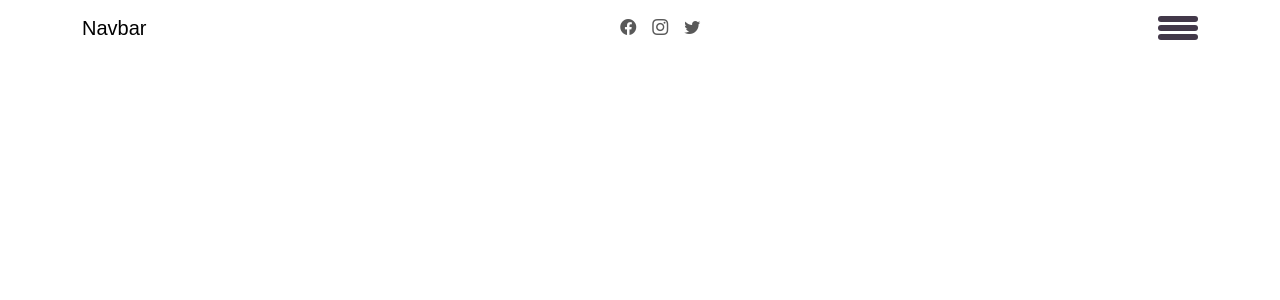
Repository: tagnam/project27012025
Page: index.html
An editor plug-in stored every save of this project. The page is shown before and after a run of saves, followed by the edit.
The browser window is 1280 px wide. The pictures show the whole page.

Above is the page before, as saved 2025-01-27 13:47:17.

### index.html
<!DOCTYPE html>
<html lang="en">
<head>
    <meta charset="UTF-8">
    <meta name="viewport" content="width=device-width, initial-scale=1.0">
    <link href="https://cdn.jsdelivr.net/npm/bootstrap@5.3.3/dist/css/bootstrap.min.css" rel="stylesheet" integrity="sha384-QWTKZyjpPEjISv5WaRU9OFeRpok6YctnYmDr5pNlyT2bRjXh0JMhjY6hW+ALEwIH" crossorigin="anonymous">
    <link rel="stylesheet" href="style/css/index.css">
    <link rel="stylesheet" href="style/css/animation.css">
    <link rel="stylesheet" href="style/css/responsive.css">
    <title>project27012025</title>
</head>
<body>
<header>
    <!-- --------------------------------------------start nav bar ------------------------------->
    <nav class="navbar navbar-expand-lg ">
        <div class="container">


          <div class="collapse navbar-collapse justify-content-between" id="navbarSupportedContent">
            <a class="navbar-brand" href="#">Navbar</a>
            <ul class="navbar-nav  ">

              <li class="nav-item">
                <a class="nav-link" href="#"><i class="bi bi-facebook"></i></a>
              </li>
              <li class="nav-item">
                <a class="nav-link" href="#"><i class="bi bi-instagram"></i></a>
              </li>
              <li class="nav-item">
                <a class="nav-link" href="#"><i class="bi bi-twitter"></i></a>
              </li>

            </ul>
            <div class="d-flex">
               <div class="menu-container">
                <span class="span-menu-01 menu-icon"></span>
                <span class="span-menu-02 menu-icon"></span>
                <span class="span-menu-03 menu-icon"></span>
            </div>
            </div>
          </div>
        </div>
      </nav>
      <!------------------------------------------------ end navbar ----------------------------->
</header>




<script src="https://cdn.jsdelivr.net/npm/bootstrap@5.3.3/dist/js/bootstrap.bundle.min.js" integrity="sha384-YvpcrYf0tY3lHB60NNkmXc5s9fDVZLESaAA55NDzOxhy9GkcIdslK1eN7N6jIeHz" crossorigin="anonymous"></script>
<script src="style/js/custom.js"></script>
</body>
</html>

### style/css/index.css
@import url("https://cdn.jsdelivr.net/npm/bootstrap-icons@1.11.3/font/bootstrap-icons.min.css");

*{
 margin: 0;
padding: 0;
box-sizing: border-box;
}

:root{
    --dark-color:#423849;
    --semi-dark-color:#b46ee0;
    --light-color:#d287d4;
    --main-heading-font-size: 2.5rem;
    --subheading-font-size: 1.5rem;
    --paragraph-font-size: 1rem;

}


body{
    font-family: 'Poppins', sans-serif;


}

.menu-icon{
    display: block;
    width: 40px;
    height: 6px;
    background-color: var(--dark-color);
    margin: 3px auto;
    border-radius: 20px;
    cursor: pointer;
}

Loaded but not shown: style/js/custom.js (no copy from this time; the picture is the same without it); style/css/animation.css (no stored copy; drawn as an empty file); style/css/responsive.css (no stored copy; drawn as an empty file)

After the next 14 saves:
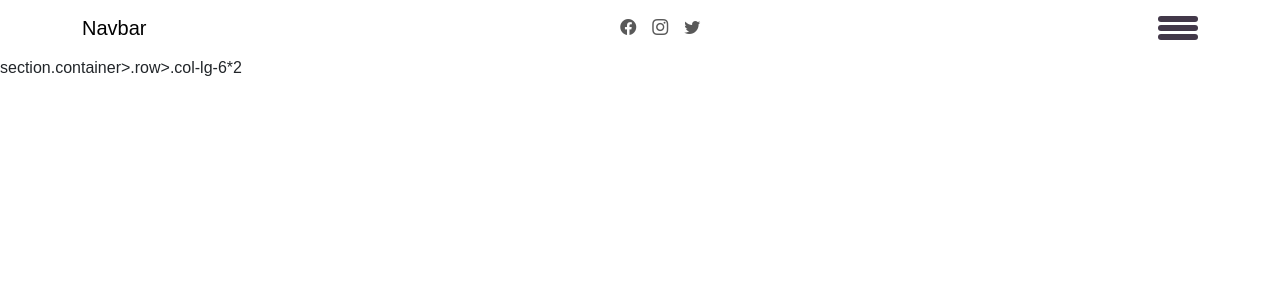
The 14 saves are shown as one change because they came seconds apart.
The last was saved 34 s later.
--- a/index.html
+++ b/index.html
@@ -42,6 +42,8 @@
         </div>
       </nav>
       <!------------------------------------------------ end navbar ----------------------------->
+      section.container>.row>.col-lg-6*2
+
 </header>
 
 

After the 2 saves that followed:
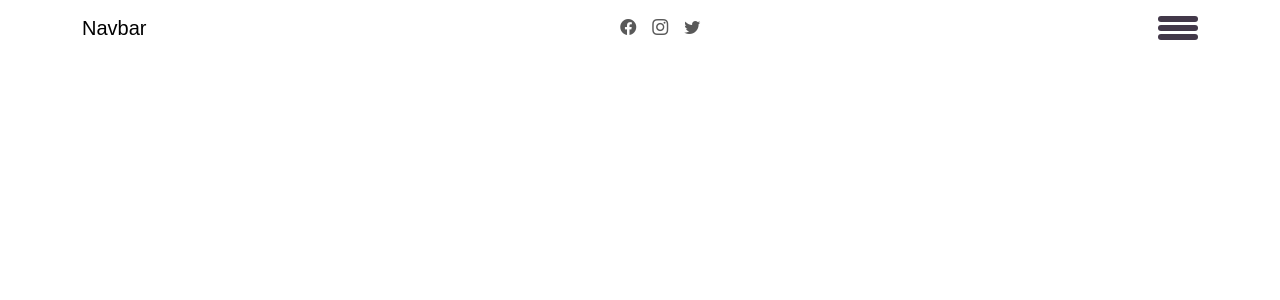
The 2 saves are shown as one change because they came seconds apart.
The last was saved 6 s later.
--- a/index.html
+++ b/index.html
@@ -42,7 +42,14 @@
         </div>
       </nav>
       <!------------------------------------------------ end navbar ----------------------------->
-      section.container>.row>.col-lg-6*2
+      <section class="container">
+        <div class="row">
+            <div class="col-lg-6">
+
+            </div>
+            <div class="col-lg-6"></div>
+        </div>
+      </section>
 
 </header>
 
